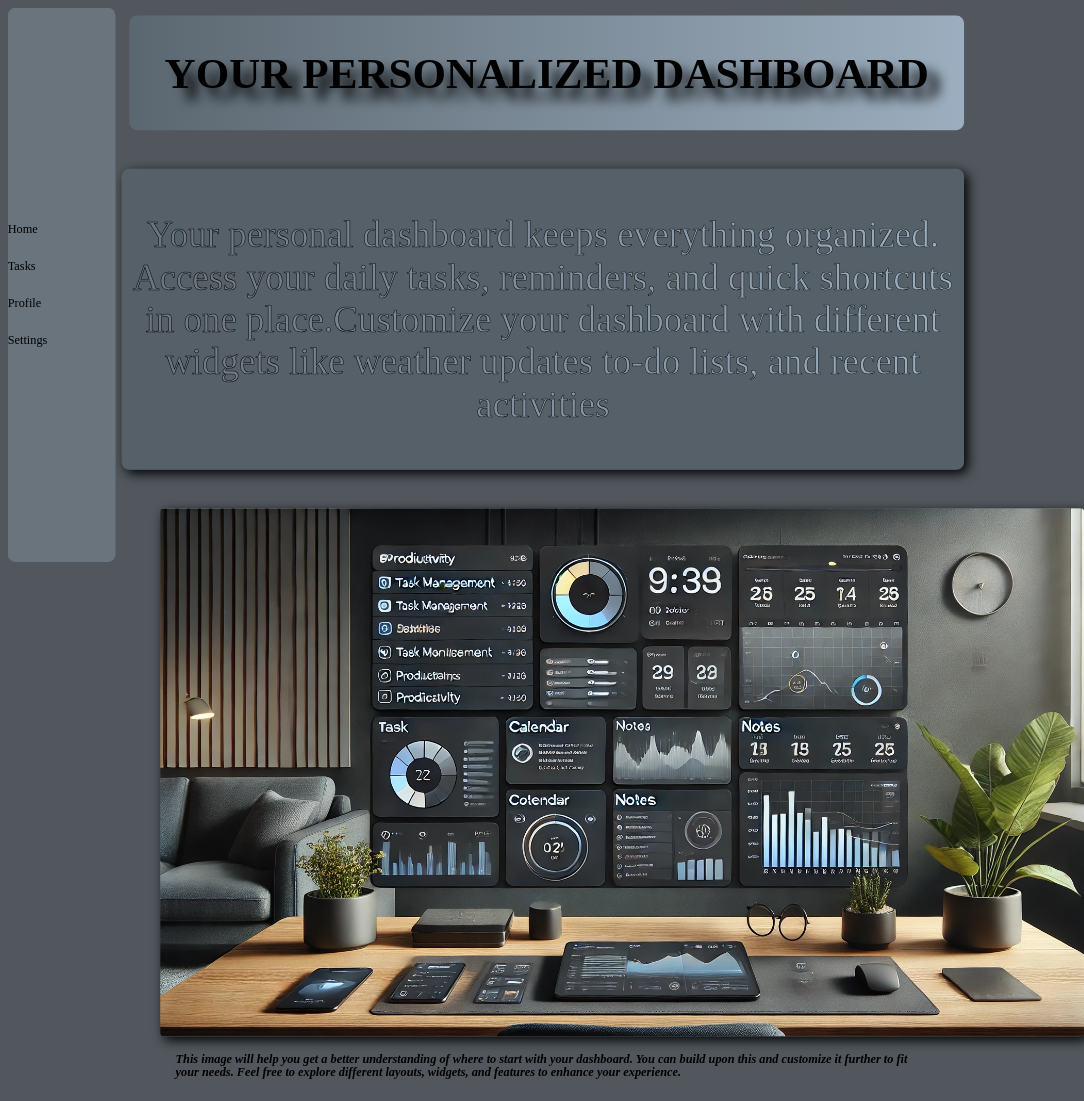
Repository: Parnicoza/testecomplete
Page: testcomplet-14.html
The author's editor kept a copy of each file at every save. The page is drawn from the files as they stood at one save, then again after the next save.
The browser window is 1280 px wide. The page is 1408 px wide, so the pictures cover 1408 px, including what lies to the right of the window. The pictures show the whole page, at 77% of full size.

Above is the page before, as saved 2025-02-27 16:31:46.

After the next save:
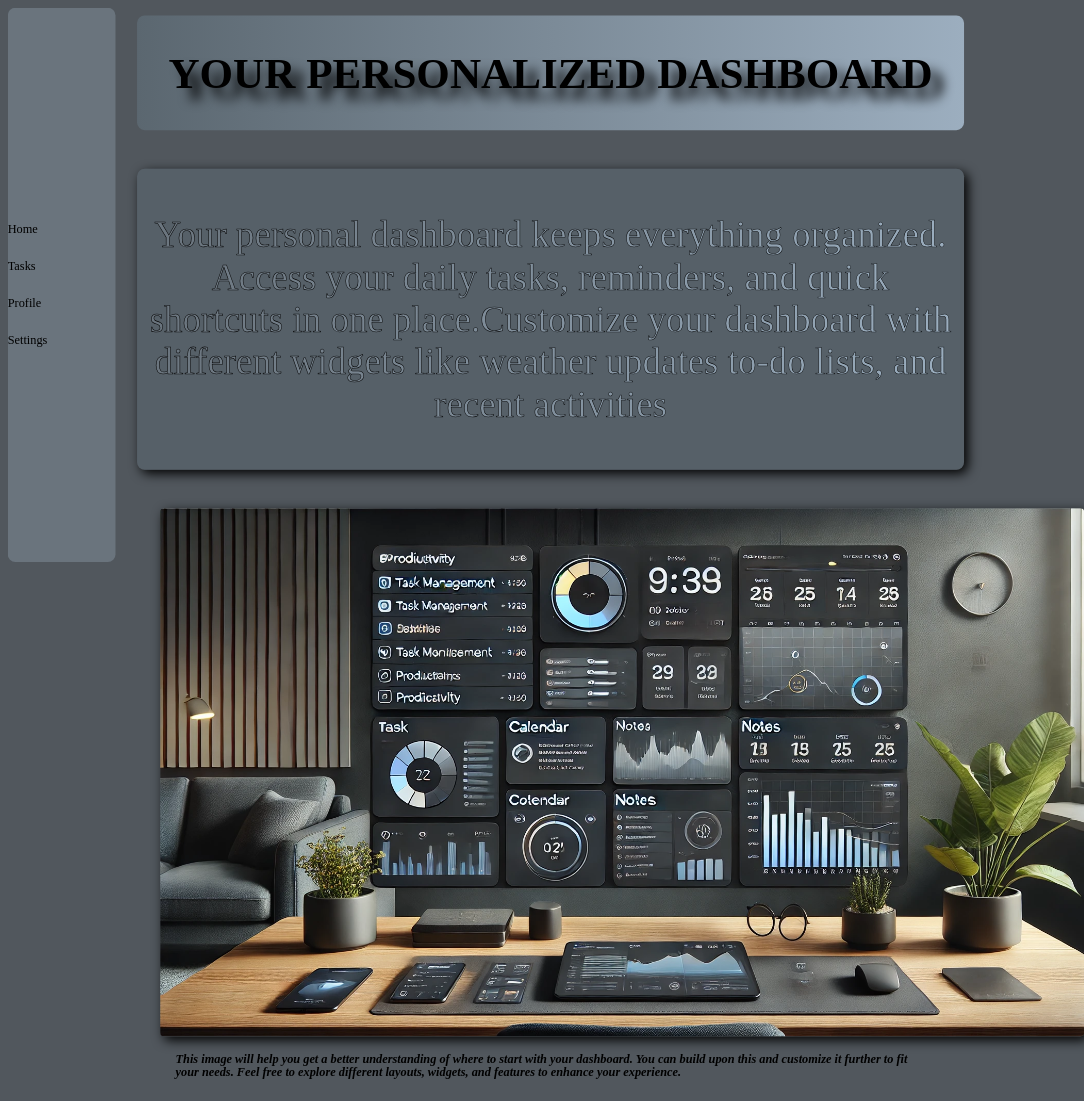
Saved 2 min 0 s later.
--- a/stilizaretestcomplet-14.css
+++ b/stilizaretestcomplet-14.css
@@ -15,12 +15,12 @@ body{
     margin: 20px;
     padding: 5px;
     border-radius: 10px;
-    margin-left: 160px;
+    margin-left: 170px;
 }
 
 .thesamebackground{
     background-color: rgba(91, 103, 112, 0.6) ;
-    margin-left: 150px;
+    margin-left: 170px;
     margin-top: 50px;
     text-align: center;
     padding: 10px;
